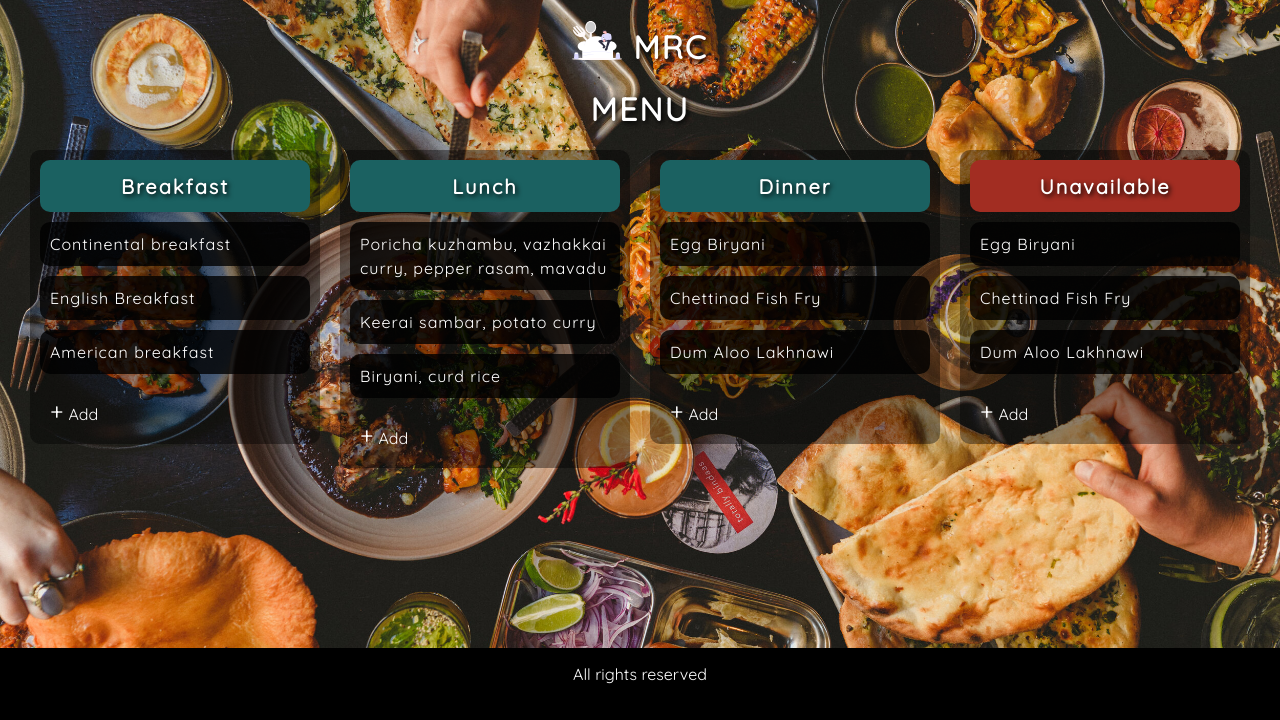
Repository: Anasooya2601/drag-and-drop
Page: index.html
An editor plug-in stored every save of this project. The page is shown before and after the next save, followed by the edit.
The browser window is 1280 px wide. The pictures show the whole page.

Above is the page before, as saved 2021-02-05 03:18:48.

### index.html
<!DOCTYPE html>
<html lang="en">
<head>
    <meta charset="UTF-8">
    <meta name="viewport" content="width=device-width, initial-scale=1.0">
    <title>MRC</title>
    <script src="script.js" type="text"></script>
    <link rel="icon" type="image/png" href="favicon.png">
    <link rel="stylesheet" href="style.css">
</head>
<body>

    <h1 class="main-title">
        <img src="mrc.svg" width="50" alt="">
    MRC
</h1>
<h1 style="text-align:center">MENU</h1>
    <div class="drag-container">
        <ul class="drag-list">
<!-- breakfast column -->

<li class="drag-column progress-column">
    <span class="header">
        <h1>Breakfast</h1>
    </span>
    <!-- breakfast-content -->
    <div id="progress-content">
        <ul class="drag-item-list"id= "progress-list">
            <li class="drag-item"> Continental breakfast</li>
            <li class="drag-item">English Breakfast</li>
            <li class="drag-item">American breakfast</li>
        </ul>
    </div>
    <!-- add-button -->
    <div class="add-btn-group">
        <div class="add-btn">
    <span class="plus-sign">+</span>
    <span>Add</span>
</div>
<div class="add-btn solid">
    <span>save</span>
</div>
<div class="add-container">
    <div class="add-item"></div>

</div>

    </div>
</li>
<li class="drag-column progress-column">
    <span class="header">
        <h1>Lunch</h1>
    </span>
    <!-- breakfast-content -->
    <div id="progress-content">
        <ul class="drag-item-list"id= "progress-list">
            <li class="drag-item"> Poricha kuzhambu, vazhakkai curry, pepper rasam, mavadu</li>
            <li class="drag-item">Keerai sambar, potato curry</li>
            <li class="drag-item">Biryani, curd rice</li>
        </ul>
    </div>
    <!-- add-button -->
    <div class="add-btn-group">
        <div class="add-btn">
    <span class="plus-sign">+</span>
    <span>Add</span>
</div>
<div class="add-btn solid">
    <span>save</span>
</div>
<div class="add-container">
    <div class="add-item"></div>

</div>

    </div>
</li>
<li class="drag-column progress-column">
    <span class="header">
        <h1>Dinner</h1>
    </span>
    <!-- breakfast-content -->
    <div id="progress-content">
        <ul class="drag-item-list"id= "progress-list">
            <li class="drag-item"> Egg Biryani</li>
            <li class="drag-item"> Chettinad Fish Fry</li>
            <li class="drag-item">Dum Aloo Lakhnawi</li>
        </ul>
    </div>
    <!-- add-button -->
    <div class="add-btn-group">
        <div class="add-btn">
    <span class="plus-sign">+</span>
    <span>Add</span>
</div>
<div class="add-btn solid">
    <span>save</span>
</div>
<div class="add-container">
    <div class="add-item"></div>

</div>

    </div>
</li>
<li class="drag-column on-hold-column">
    <span class="header">
        <h1>Unavailable</h1>
    </span>
    <!-- breakfast-content -->
    <div id="on-hold-content">
        <ul class="drag-item-list"id= "on-hold-list">
            <li class="drag-item"> Egg Biryani</li>
            <li class="drag-item"> Chettinad Fish Fry</li>
            <li class="drag-item">Dum Aloo Lakhnawi</li>
        </ul>
    </div>
    <!-- add-button -->
    <div class="add-btn-group">
        <div class="add-btn">
    <span class="plus-sign">+</span>
    <span>Add</span>
</div>
<div class="add-btn solid">
    <span>save</span>
</div>
<div class="add-container">
    <div class="add-item"></div>

</div>

    </div>
</li>
        </ul>
    </div>
    <div class="footer">
        <p>All rights reserved</p>
      </div>
</body>



</html>

### style.css
/* Trees Image - Pexels: https://www.pexels.com/photo/photo-of-trees-in-forest-3801030/ */
@import url("https://fonts.googleapis.com/css?family=Quicksand&display=swap");

html {
  box-sizing: border-box;
}

:root {
  --column-1: #a2622d;
  --column-2: #1b6161;
  --column-3: #248224;
  --column-4: #a22d22;
}

body {
  margin: 0;
  background: url("./mrc.jpg");
  background-size: cover;
  background-position: 50% 60%;
  background-attachment: fixed;
  color: white;
  font-family: Quicksand, sans-serif;
  overflow-y: hidden;
}

h1 {
  letter-spacing: 2px;
  text-shadow: 2px 2px 5px black;
}

.main-title {
  text-align: center;
  font-size: 3rem;
}

ul {
  list-style-type: none;
  margin: 0;
  padding: 0;
}

.drag-container {
  margin: 20px;
}

.drag-list {
  display: flex;
  align-items: flex-start;
}

/* Columns */
.drag-column {
flex: 1;
  margin: 0 10px;
  position: relative;
  background-color: rgba(0, 0, 0, 0.4);
  border-radius: 10px;
  overflow-x: hidden;
}

.backlog-column .header,
.backlog-column .solid,
.backlog-column .solid:hover,
.backlog-column .over {
  background-color: var(--column-1);
}

.progress-column .header,
.progress-column .solid,
.progress-column .solid:hover,
.progress-column .over {
  background-color: var(--column-2);
}

.complete-column .header,
.complete-column .solid,
.complete-column .solid:hover,
.complete-column .over {
  background-color: var(--column-3);
}

.on-hold-column .header,
.on-hold-column .solid,
.on-hold-column .solid:hover,
.on-hold-column .over {
  background-color: var(--column-4);
}

/* Custom Scrollbar */
.custom-scroll {
  overflow-y: auto;
  max-height: 75vh;
}

.custom-scroll::-webkit-scrollbar-track {
  box-shadow: inset 0 0 6px rgba(0, 0, 0, 0.4);
  border-radius: 10px;
  background-color: rgba(255, 255, 255, 0.3);
  margin-right: 5px;
}

.custom-scroll::-webkit-scrollbar {
  width: 10px;
}

.custom-scroll::-webkit-scrollbar-thumb {
  border-radius: 10px;
  box-shadow: inset 0 0 6px rgba(0, 0, 0, 0.3);
  background-color: rgba(0, 0, 0, 0.8);
}

.header {
  display: flex;
  justify-content: center;
  border-radius: 10px;
  margin: 10px;
}

.header h1 {
  font-size: 1.25rem;
}

/* Drag and Drop */
.over {
  padding: 50px 10px;
}

.drag-item-list {
  min-height: 50px;
}

.drag-item {
  margin: 10px;
  padding: 10px;
  height: fit-content;
  background-color: rgba(0, 0, 0, 0.8);
  border-radius: 10px;
  line-height: 1.5rem;
  letter-spacing: 1px;
  cursor: pointer;
}

.drag-item:focus {
  outline: none;
  background-color: white;
  color: black;
}

/* Add Button Group */
.add-btn-group {
  display: flex;
  justify-content: space-between;
}

.add-btn {
  margin: 10px;
  padding: 5px 10px;
  display: flex;
  align-items: center;
  cursor: pointer;
  width: fit-content;
  border-radius: 5px;
  transition: all 0.3s ease-in;
  user-select: none;
}

.add-btn:hover {
  background-color: rgba(255, 255, 255, 0.9);
  color: black;
}

.add-btn:active {
  transform: scale(0.97);
}

.solid {
  display: none;
}

.solid:hover {
  transition: unset;
  filter: brightness(95%);
  color: white;
}

.plus-sign {
  font-size: 1.5rem;
  margin-right: 5px;
  position: relative;
  top: -3px;
}

.add-container {
  margin: 10px;
  padding: 5px 10px;
  border-radius: 10px;
  background-color: rgba(255, 255, 255, 0.9);
  min-height: 100px;
  display: none;
}

.add-item {
  width: 100%;
  min-height: 100px;
  height: auto;
  background-color: white;
  border-radius: 10px;
  margin: 5px auto;
  resize: none;
  color: black;
  padding: 10px;
}

.add-item:focus {
  outline: none;
}

/* Media Query: Laptop */
@media screen and (max-width: 1800px) {
  .main-title {
    font-size: 2rem;
  }
}

/* Media Query: Large Smartphone (Vertical) */
@media screen and (max-width: 600px) {
  body {
    overflow-y: auto;
  }

  .drag-container {
    margin: 0;
  }

  .drag-list {
    display: block;
  }

  .drag-column {
    margin: 10px;
  }
}

.footer {
  position: fixed;
  left: 0;
  bottom: 0;
  width: 100%;
  height: 10%;
  background-color: black;
  color: white;
  position: flex;
  text-align: center;
}

After the next save:
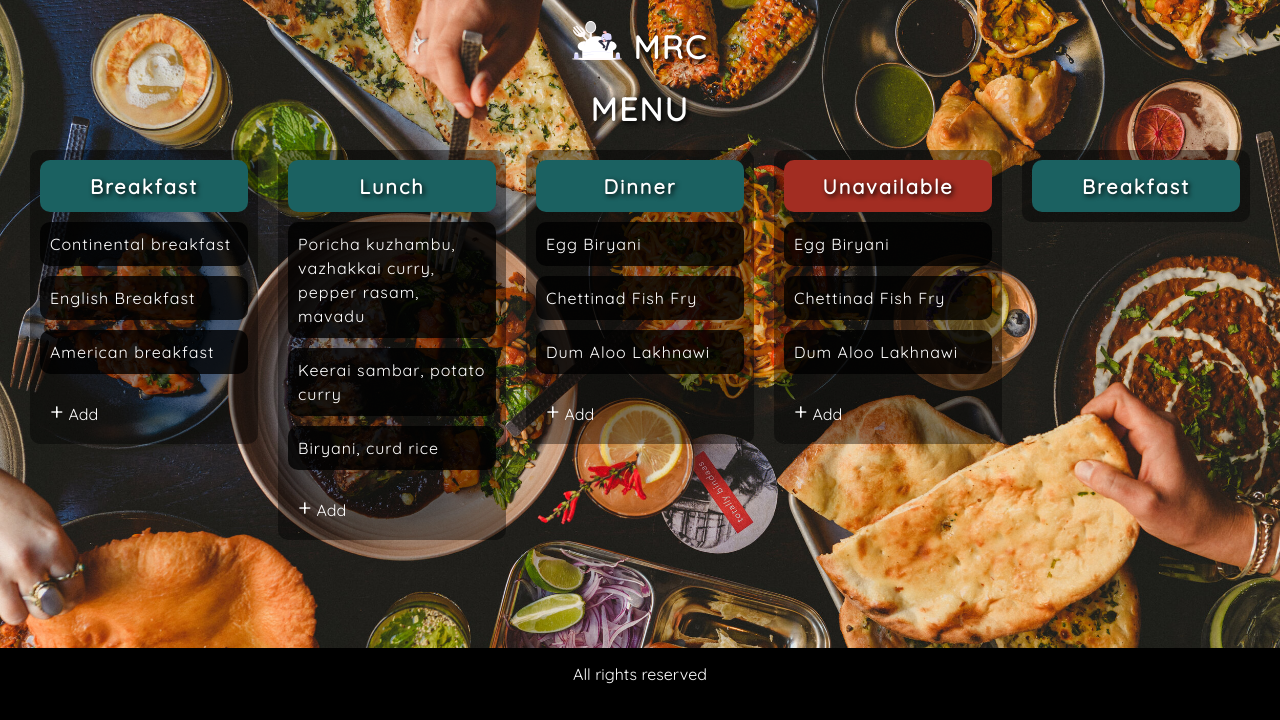
Saved 2 min 32 s later.
--- a/index.html
+++ b/index.html
@@ -131,6 +131,10 @@
 
     </div>
 </li>
+<li class="drag-column progress-column">
+    <span class="header">
+        <h1>Breakfast</h1>
+    </span>
         </ul>
     </div>
     <div class="footer">
